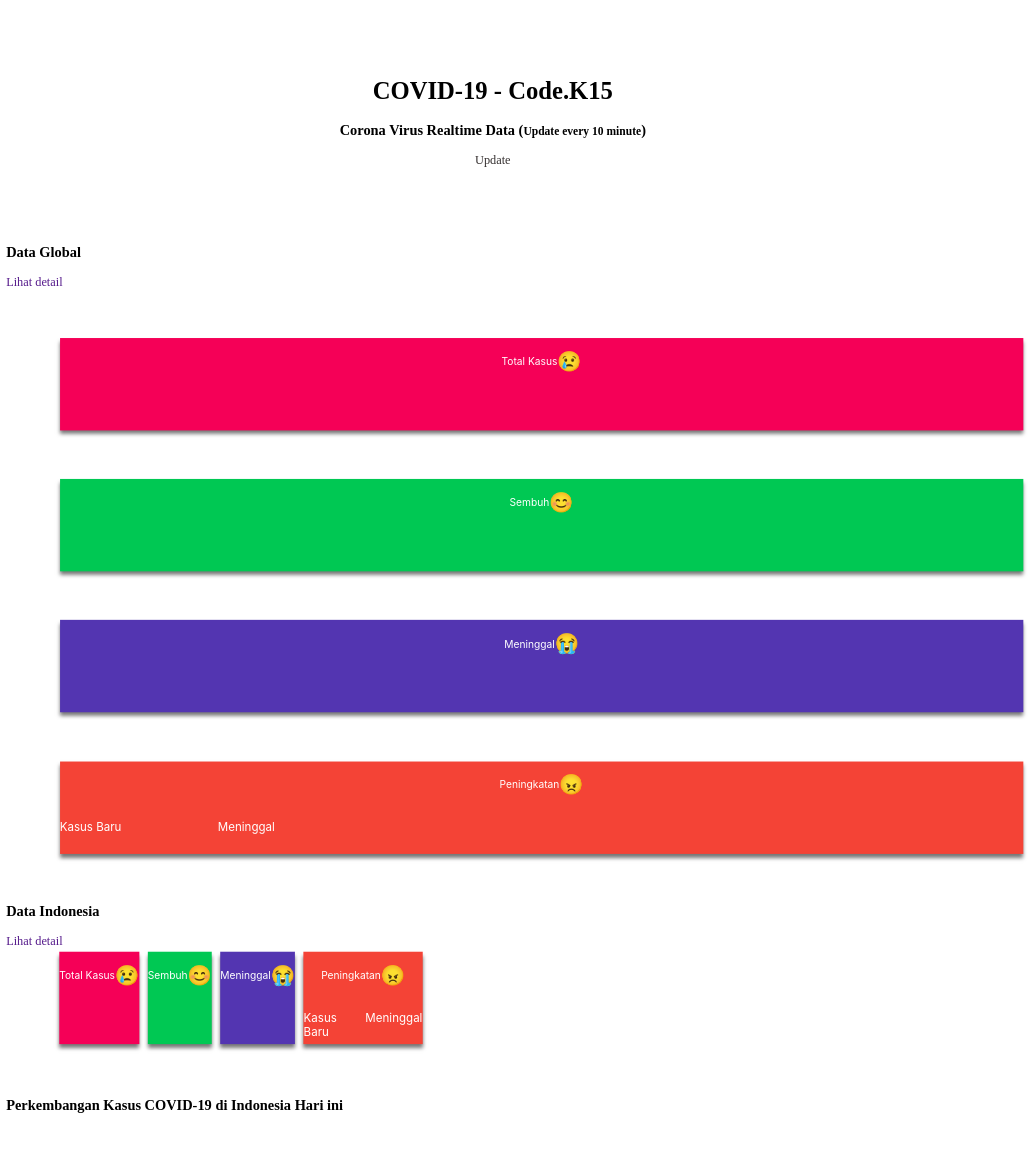
Repository: fathur15/covid19-monitoring
Page: http://localhost/covid19/apps/views/data/main/dashboard.php
The author's editor kept a copy of each file at every save. The page is drawn from the files as they stood at one save, then again after the next save.
The browser window is 1280 px wide. The page is 1335 px wide, so the pictures cover 1335 px, including what lies to the right of the window. The pictures show the whole page, at 77% of full size.
The page is run by PHP 8.4 with error messages shown; the project is at /var/www/html/.

Above is the page before, as saved 2020-04-14 14:01:26.

### apps/views/data/main/dashboard.php

<style>

    #resumeGlobal p, h5{
        color: white;
        font-weight: 400;
        font-family: -apple-system, BlinkMacSystemFont, 'Segoe UI', Roboto, Oxygen, Ubuntu, Cantarell, 'Open Sans', 'Helvetica Neue', sans-serif
    }
    #resumeIndonesia p, h5{
        color: white;
        font-weight: 400;
        font-family: -apple-system, BlinkMacSystemFont, 'Segoe UI', Roboto, Oxygen, Ubuntu, Cantarell, 'Open Sans', 'Helvetica Neue', sans-serif
    }
    .shadow-box{
        -webkit-box-shadow: 0 15px 10px #777;
        -moz-box-shadow: 0 15px 10px #777;
        box-shadow: 0 5px 5px #777;

    }
    .content-main-wrapper{
        margin: 5% 0;
    }
    /* .shadow-box:after{
        -webkit-transform: rotate(3deg);
        -moz-transform: rotate(3deg);
        -o-transform: rotate(3deg);
        -ms-transform: rotate(3deg);
        transform: rotate(3deg);
        right: 10px;
        left: auto;
    } */

</style>
<div class="content">
    <div class="heading" style="margin: 100px 30%; text-align: center">
        <h1>COVID-19 - Code.K15</h1>
        <h3>Corona Virus Realtime Data (<small style="font-size: 15px">Update every 10 minute</small>)</h3>
        <p id="date-update" style="color: #353030;">Update</p>
    </div>
    <div class="main">
        <div class="container">
            <!-- <div class="row content-main-wrapper">    -->
                <div class="head-main-content">
                    <h3>Data Global</h3>
                    <a style="text-decoration: none" href="">Lihat detail  <i class="fas fa-long-arrow-alt-right" aria-hidden="true"></i></a>
                </div>
                <div id="resumeGlobal" class="row" style="width: 100%; margin: 0 5%" >
                        <div class="card col-sm-3 shadow-box" style="background: #f50057; margin:5% 0.5%; align-items: center; height: 120px ">
                            <div class="card-body">
                                <div style="flex-direction: row; display: flex; justify-content: center; align-items: center">
                                    <h5 id="title-kasus-global" class="card-text">Total Kasus</h5>
                                    <span style="color: black; font-size: 25px; text-shadow: 0 0 0 yellow">&#x1F622</span>
                                </div>
                                <p class="card-text" id="kasus-global"></p>
                            </div>
                        </div>
                        <div class="card col-sm-3 shadow-box" style="background: #00c853; margin: 5% 0.5%; align-items: center; height: 120px ">
                            <div class="card-body">
                                <div style="flex-direction: row; display: flex; justify-content: center; align-items: center">
                                    <h5 id="title-kasus-global" class="card-text">Sembuh</h5>
                                    <span style="color: black; font-size: 25px; text-shadow: 0 0 0 yellow">&#x1F60A</span>
                                </div>
                                <p class="card-text" id="sembuh-global"></p>
                                <!-- <p style="">Orang</p> -->
                            </div>
                        </div>
                        <div class="card col-sm-3 shadow-box" style="margin:5% 0.5%; height: 120px;align-items: center;  background :#5335b1">
                            <div class="card-body">
                                <div style="flex-direction: row; display: flex; justify-content: center; align-items: center;">
                                    <h5 id="title-kasus-global" class="card-text">Meninggal</h5>
                                    <span style="color: black; font-size: 25px; text-shadow: 0 0 0 yellow">&#x1F62D</span>
                                </div>
                                <p class="card-text" id="meninggal-global"></p>
                                <!-- <p style="">Orang</p> -->
                            </div>
                        </div>
                        <div class="card col-sm-3 shadow-box" style="margin:5% 0.5%; height: 120px; background: #f44336">
                            <div class="card-body">
                                <div style="flex-direction: row; display: flex; justify-content: center; align-items: center;">
                                    <h5 id="title-kasus-global" class="card-text">Peningkatan</h5>
                                    <span style="color: black; font-size: 25px; text-shadow: 0 0 0 yellow">&#x1F620</span>
                                </div>
                                <div style="flex-direction: row; display: flex;">
                                    <p style="font-size: 15px">Kasus Baru</p>
                                    <p style="margin-left: 10%; font-size: 15px">Meninggal </p>
                                </div>
                                <div style="display: flex; margin-top: -9%">
                                    <p style="font-size: 15px" class="card-text" id="kasus-baru-global"></p>
                                    <p style="margin-left: 10%; font-size: 15px" class="card-text" id="meninggal-baru-global"></p>
                                </div>
                            </div>
                        </div>
                    </div>
                <!-- </div> -->
            <div class="row content-main-wrapper" >
                <div class="head-main-content">
                    <h3>Data Indonesia</h3>
                    <a style="text-decoration: none" href="">Lihat detail  <i class="fas fa-long-arrow-alt-right" aria-hidden="true"></i></a>
                </div>
                <div  id="resumeIndonesia" class="" style="width: 90%; display: flex; margin: 0 5%;" >
                    <div class="card col-sm-3 shadow-box" style="background: #f50057; margin: 0.5%; align-items: center; height: 120px ">
                        <div class="card-body">
                            <div style="flex-direction: row; display: flex; justify-content: center; align-items: center">
                                <h5 id="title-kasus-indonesia" class="card-text">Total Kasus</h5>
                                <span style="color: black; font-size: 25px; text-shadow: 0 0 0 yellow">&#x1F622</span>
                            </div>
                            <p style="font-size: 14px" class="card-text" id="kasus-indonesia"></p>
                        </div>
                    </div>
                    <div class="card col-sm-3 shadow-box" style="background: #00c853; margin: 0.5%; align-items: center; height: 120px ">
                        <div class="card-body">
                            <div style="flex-direction: row; display: flex; justify-content: center; align-items: center">
                                <h5 id="title-kasus-indonesia" class="card-text">Sembuh</h5>
                                <span style="color: black; font-size: 25px; text-shadow: 0 0 0 yellow">&#x1F60A</span>
                            </div>
                            <p class="card-text" id="sembuh-indonesia"></p>
                        </div>
                    </div>
                    <div class="card col-sm-3 shadow-box" style="margin: 0.5%; height: 120px;align-items: center;  background :#5335b1">
                        <div class="card-body">
                            <div style="flex-direction: row; display: flex; justify-content: center; align-items: center;">
                                <h5 id="title-kasus-indonesia" class="card-text">Meninggal</h5>
                                <span style="color: black; font-size: 25px; text-shadow: 0 0 0 yellow">&#x1F62D</span>
                            </div>
                            <p class="card-text" id="meninggal-indonesia"></p>
                        </div>
                    </div>
                    <div class="card col-sm-3 shadow-box" style="margin: 0.5%; height: 120px; background: #f44336">
                        <div class="card-body">
                            <div style="flex-direction: row; display: flex; justify-content: center; align-items: center;">
                                <h5 id="title-kasus-indonesia" class="card-text">Peningkatan</h5>
                                <span style="color: black; font-size: 25px; text-shadow: 0 0 0 yellow">&#x1F620</span>
                            </div>
                            <div style="flex-direction: row; display: flex;">
                                <p style="font-size: 15px">Kasus Baru</p>
                                <p style="margin-left: 10%; font-size: 15px">Meninggal </p>
                            </div>
                            <div style="display: flex; margin-top: -9%">
                                <p style="font-size: 15px" class="card-text" id="kasus-baru-indonesia"></p>
                                <p style="margin-left: 10%; font-size: 15px" class="card-text" id="meninggal-baru-indonesia"></p>
                            </div>
                        </div>
                    </div>
                </div>
            </div>
            <div class="row content-main-wrapper" >
                 <div class="head-main-content">
                    <h3>Perkembangan Kasus COVID-19 di Indonesia Hari ini</h3>
                </div>
            </div>
        </div>
    </div>
</div>

After the next save:
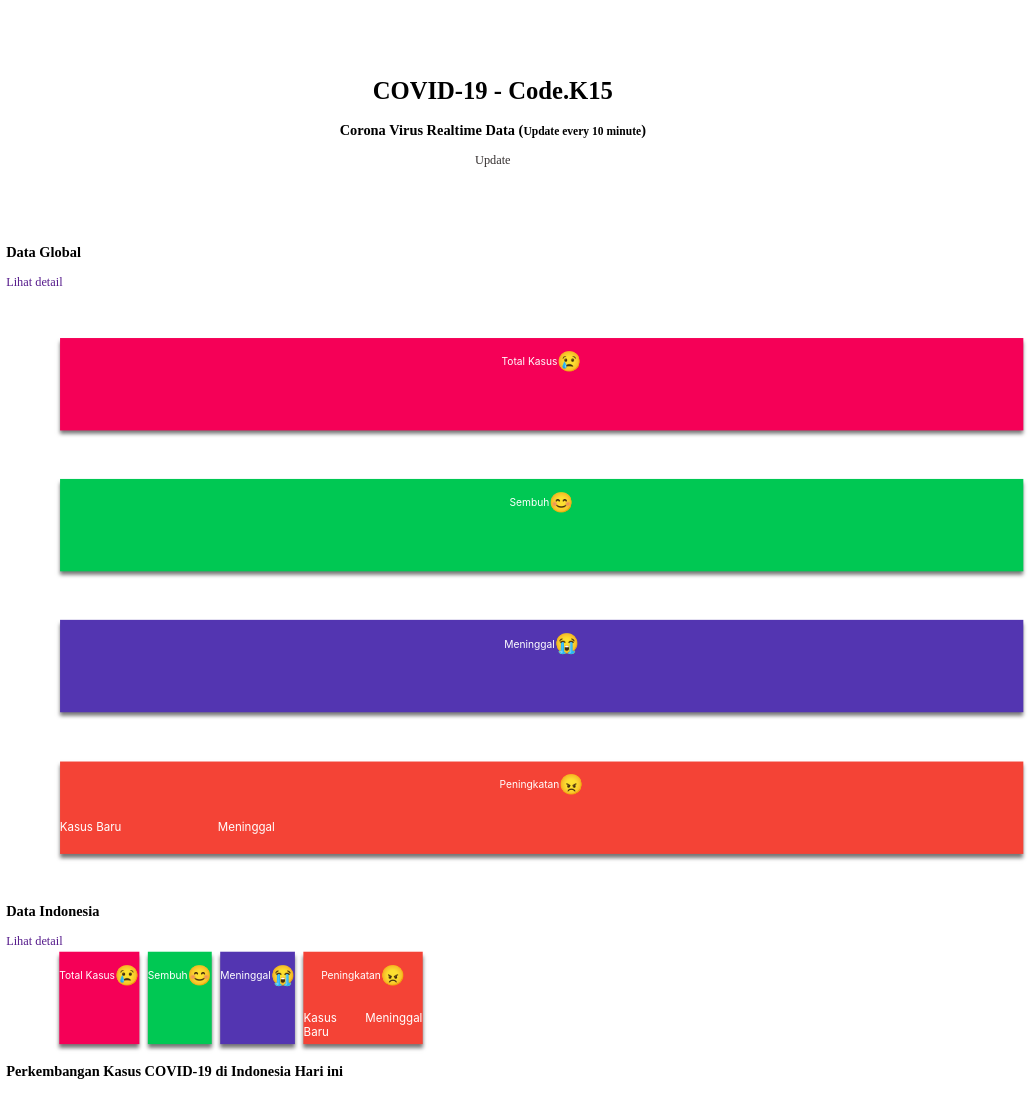
Saved 35 s later.
--- a/apps/views/data/main/dashboard.php
+++ b/apps/views/data/main/dashboard.php
@@ -18,7 +18,7 @@
 
     }
     .content-main-wrapper{
-        margin: 5% 0;
+        /* margin: 5% 0; */
     }
     /* .shadow-box:after{
         -webkit-transform: rotate(3deg);
@@ -39,7 +39,7 @@
     </div>
     <div class="main">
         <div class="container">
-            <!-- <div class="row content-main-wrapper">    -->
+            <div class="row content-main-wrapper">
                 <div class="head-main-content">
                     <h3>Data Global</h3>
                     <a style="text-decoration: none" href="">Lihat detail  <i class="fas fa-long-arrow-alt-right" aria-hidden="true"></i></a>
@@ -91,7 +91,7 @@
                             </div>
                         </div>
                     </div>
-                <!-- </div> -->
+                </div>
             <div class="row content-main-wrapper" >
                 <div class="head-main-content">
                     <h3>Data Indonesia</h3>
